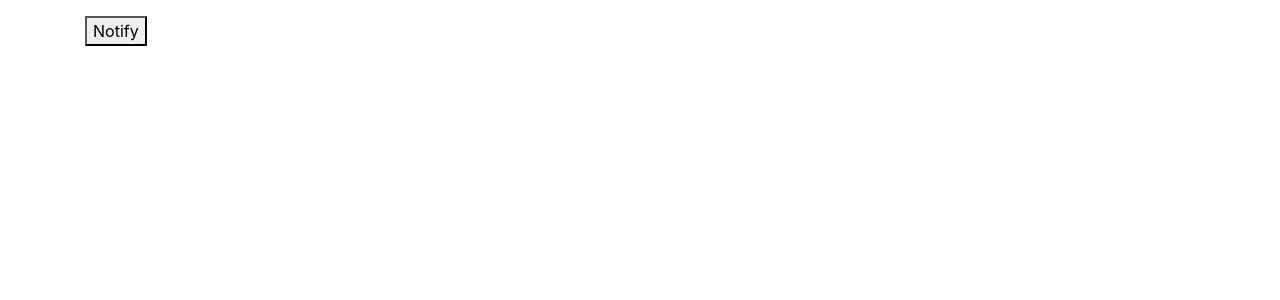
Repository: shankaraswal/react-multiple-ex
Page: /modal
The author's editor kept a copy of each file at every save. The page is drawn from the files as they stood at one save, then again after the next save.
The browser window is 1280 px wide. The pictures show the whole page.
The project was rebuilt for these pictures with package versions that can differ from the ones it lists, and the page was loaded fresh each time. Also part of the build but not shown: src/components/common/Header.js, src/components/common/CopyArea.js.

Above is the page before, as saved 2020-02-04 17:55:58.

After the next save:
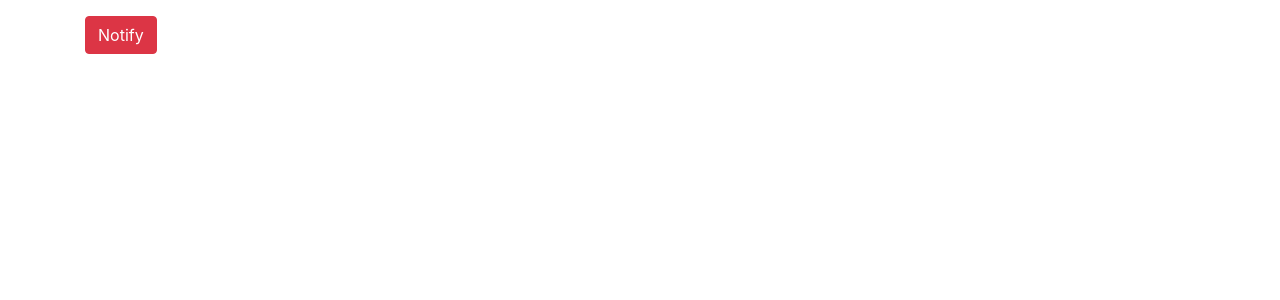
Saved 33 s later.
--- a/src/components/Toastify.js
+++ b/src/components/Toastify.js
@@ -11,7 +11,7 @@ function Toastity  () {
 
   return (
     <div>
-      <button onClick={notify}> Notify </button>
+      <button className="btn btn-danger" onClick={notify}> Notify </button>
       </div>
   )
 };
